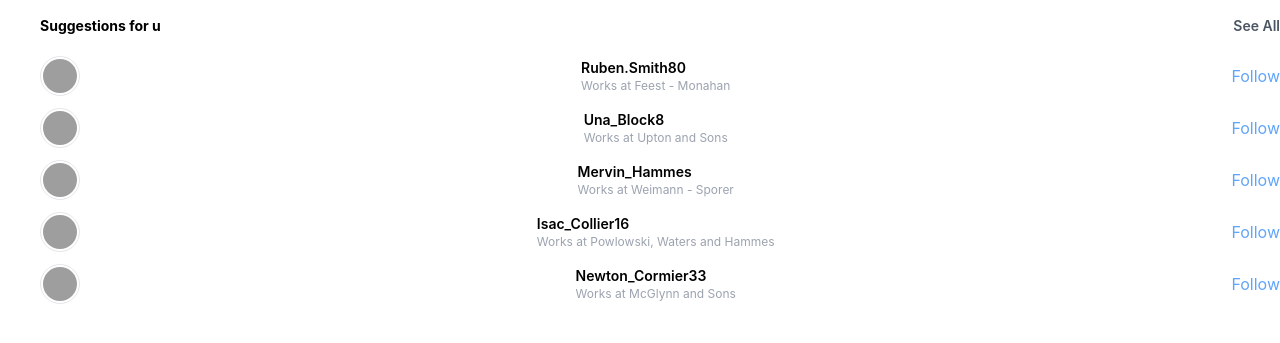
Repository: Uu20/webp
Page: /components/Suggestions (app in final/)
These files come from the project's save history. The page is drawn as it stood at one moment and after the next save; the edit follows.
The browser window is 1280 px wide. The pictures show the whole page.
Pictures or frames that could not be fetched are drawn as grey boxes. The project was rebuilt for these pictures with package versions that can differ from the ones it lists, and the page was loaded fresh each time. The framework's server and built-in components were replaced by stand-ins that run in the browser. Also part of the build but not shown: final/next.config.js.

Above is the page before, as saved 2022-06-22 12:18:32.

After the next save:
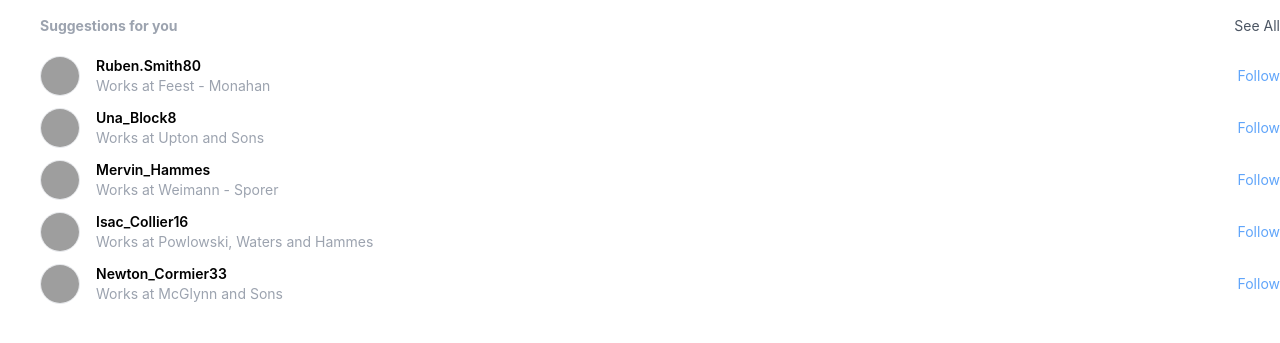
Saved 76 s later.
--- a/final/pages/components/Suggestions.js
+++ b/final/pages/components/Suggestions.js
@@ -1,48 +1,45 @@
-import React, { useEffect, useState } from 'react'
-import faker from 'faker';
+import React, { useEffect, useState } from "react";
+import faker from "faker";
 
 function Suggestions() {
-    const[suggestions,setSuggestions]= useState([]);
-    useEffect(() =>{
-        const suggestions =[...Array(5)].map((_, i) =>(
-            {
-                ...faker.helpers.contextualCard(),
-                id: i
-            }
-        ));
+  const [suggestions, setSuggestions] = useState([]);
+  useEffect(() => {
+    const suggestions = [...Array(5)].map((_, i) => ({
+      ...faker.helpers.contextualCard(),
+      id: i,
+    }));
 
-        setSuggestions(suggestions);
-    },[])
+    setSuggestions(suggestions);
+  }, []);
+  return (
+    <div className="mt-4 ml-10">
+      <div className="flex justify-between text-sm mb-5">
+        <h3 className="text-sm font-bold text-gray-400">Suggestions for you</h3>
+        <button className="text-gray-600 font-semi-bold">See All</button>
+      </div>
 
-    return(
-    <div className='mt-4 ml-10'>
-        <div className='flex justify-between text-sm mb-5'>
-            <h3 className='text-sm font-bold text-geat-400'>Suggestions for u</h3>
-            <button className='text-gray-600 font-semibold'>See All</button>
+      {suggestions.map((profile) => (
+        <div
+          key={profile.id}
+          className="flex items-center
+            justyfy-between mt-3"
+        >
+          <img
+            className="w-10 h-10 rounded-full border p=[2px]"
+            src="https://ui-avatars.com/api/?name=profile.username"
+            alt=""
+          />
+
+          <div className="flex-1 ml-4">
+            <h2 className="font-semibold text-sm">{profile.username}</h2>
+            <h3 className="text-sm text-gray-400">Works at {profile.company.name}</h3>
+          </div>
+
+          <button className="text-blue-400 text-sm text-fontbold">Follow</button>
         </div>
-        {
-            suggestions.map((profile) =>(
-            <div key={profile.id}
-            className ="flex items-center justify-between mt-3"
-            >
-                <img className='w-10 h-10 rounded-full border p-[2px]'
-                src={profile.avatar}
-                alt=''/>
-                <div>
-                    <h2 className=' font-semibold
-                    text-sm'>{profile.username}</h2>
-                    <h3 className='text-xs text-gray-400'>Works at {profile.company.name}</h3>
-                </div>
-                <button className=' text-blue-400'>Follow</button>
-            </div>
-
-
-            ))}
+      ))}
     </div>
-  )
+  );
 }
 
-
-
-
-export default Suggestions
+export default Suggestions;

After the save that followed:
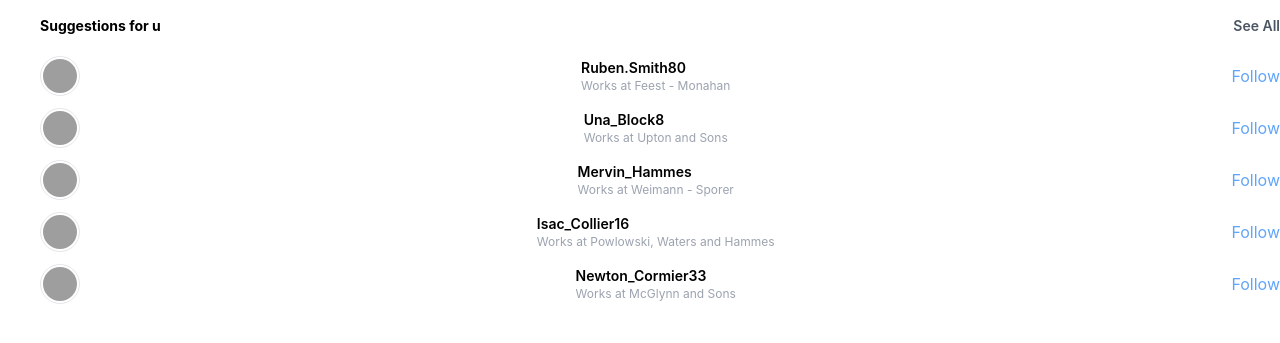
Saved 21 s later.
--- a/final/pages/components/Suggestions.js
+++ b/final/pages/components/Suggestions.js
@@ -1,45 +1,48 @@
-import React, { useEffect, useState } from "react";
-import faker from "faker";
+import React, { useEffect, useState } from 'react'
+import faker from 'faker';
 
 function Suggestions() {
-  const [suggestions, setSuggestions] = useState([]);
-  useEffect(() => {
-    const suggestions = [...Array(5)].map((_, i) => ({
-      ...faker.helpers.contextualCard(),
-      id: i,
-    }));
+    const[suggestions,setSuggestions]= useState([]);
+    useEffect(() =>{
+        const suggestions =[...Array(5)].map((_, i) =>(
+            {
+                ...faker.helpers.contextualCard(),
+                id: i
+            }
+        ));
 
-    setSuggestions(suggestions);
-  }, []);
-  return (
-    <div className="mt-4 ml-10">
-      <div className="flex justify-between text-sm mb-5">
-        <h3 className="text-sm font-bold text-gray-400">Suggestions for you</h3>
-        <button className="text-gray-600 font-semi-bold">See All</button>
-      </div>
+        setSuggestions(suggestions);
+    },[])
 
-      {suggestions.map((profile) => (
-        <div
-          key={profile.id}
-          className="flex items-center
-            justyfy-between mt-3"
-        >
-          <img
-            className="w-10 h-10 rounded-full border p=[2px]"
-            src="https://ui-avatars.com/api/?name=profile.username"
-            alt=""
-          />
+    return(
+    <div className='mt-4 ml-10'>
+        <div className='flex justify-between text-sm mb-5'>
+            <h3 className='text-sm font-bold text-geat-400'>Suggestions for u</h3>
+            <button className='text-gray-600 font-semibold'>See All</button>
+        </div>
+        {
+            suggestions.map((profile) =>(
+            <div key={profile.id}
+            className ="flex items-center justify-between mt-3"
+            >
+                <img className='w-10 h-10 rounded-full border p-[2px]'
+                src={profile.avatar}
+                alt=''/>
+                <div>
+                    <h2 className=' font-semibold
+                    text-sm'>{profile.username}</h2>
+                    <h3 className='text-xs text-gray-400'>Works at {profile.company.name}</h3>
+                </div>
+                <button className=' text-blue-400'>Follow</button>
+            </div>
 
-          <div className="flex-1 ml-4">
-            <h2 className="font-semibold text-sm">{profile.username}</h2>
-            <h3 className="text-sm text-gray-400">Works at {profile.company.name}</h3>
-          </div>
 
-          <button className="text-blue-400 text-sm text-fontbold">Follow</button>
-        </div>
-      ))}
+            ))}
     </div>
-  );
+  )
 }
 
-export default Suggestions;
+
+
+
+export default Suggestions
